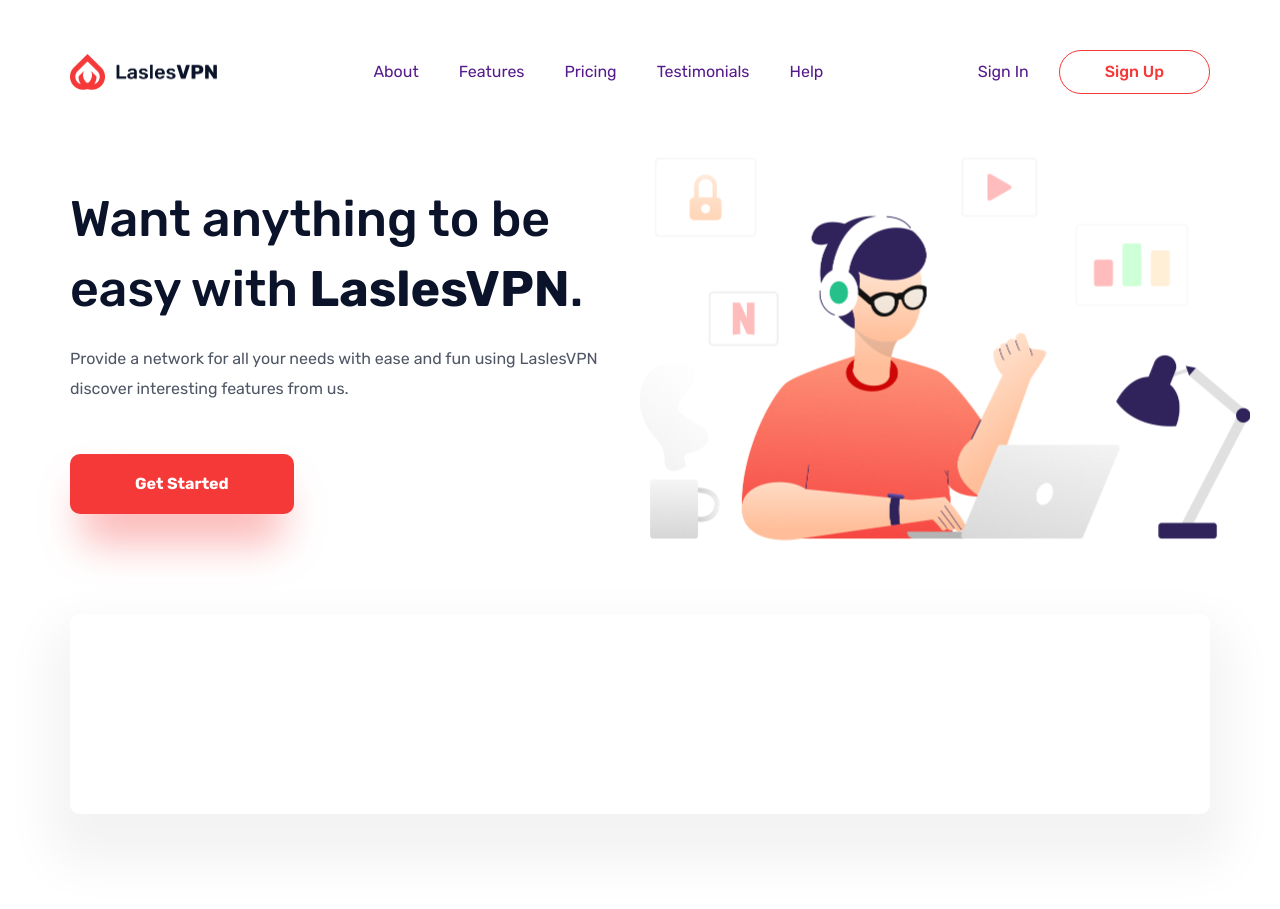
Repository: dangpham205/LaslesVPN-Landing-Page
Page: index.html
An editor plug-in stored every save of this project. The page is shown before and after the next save, followed by the edit.
The browser window is 1280 px wide. The pictures show the whole page.

Above is the page before, as saved 2022-07-19 20:29:21.

### index.html
<!DOCTYPE html>
<html lang="en">
<head>
    <meta charset="UTF-8">
    <meta http-equiv="X-UA-Compatible" content="IE=edge">
    <meta name="viewport" content="width=device-width, initial-scale=1.0">
    <title>Lasles</title>
    <link rel="preconnect" href="https://fonts.googleapis.com" />
    <link rel="preconnect" href="https://fonts.gstatic.com" crossorigin />
    <link
      href="https://fonts.googleapis.com/css2?family=Rubik:wght@400;500;700&display=swap"
      rel="stylesheet"
    />
    <link rel="stylesheet" href="./assets/css/style.css">
</head>
<body>
    <div class="wrapper">

        <!-- Menu -->
        <header class="menu">
            <div class="container">
                <div class="menu__container">
                    <img srcset="./assets/img/logo.png 2x" alt="" class="menu__logo" />
                    <div class="menu__list">
                        <div class="menu__item">
                            <a href="" class="menu__item-link">About</a>
                        </div>
                        <div class="menu__item">
                            <a href="" class="menu__item-link">Features</a>
                        </div>
                        <div class="menu__item">
                            <a href="" class="menu__item-link">Pricing</a>
                        </div>
                        <div class="menu__item">
                            <a href="" class="menu__item-link">Testimonials</a>
                        </div>
                        <div class="menu__item">
                            <a href="" class="menu__item-link">Help</a>
                        </div>
                    </div>
                    <div class="menu__buttons">
                        <a href="" class="menu__button--sign-in">Sign In</a>
                        <a href="" class="button button--outline menu__button--sign-up">Sign Up</a>
                    </div>
                </div>
            </div>
        </header>

        <main>
            <!-- hero -->
            <section class="hero">
                <div class="container">
                    <div class="hero__container">
                        <div class="hero__content">
                            <h1 class="hero__title">Want anything to be easy with <strong>LaslesVPN</strong>.</h1>
                            <p class="hero__desc text">Provide a network for all your needs with ease and fun using LaslesVPN discover interesting features from us.</p>
                            <a href="" class="button button--primary button--rounded button--shadow">Get Started</a>
                        </div>
                        <div class="hero__image">
                            <img srcset="./assets/img/hero.png 2x" alt="">
                        </div>
                    </div>
                </div>
            </section>


            <!-- info -->
            <section class="info">
                <div class="container">
                    <div class="info__container">

                    </div>
                </div>
            </section>
        </main>

    </div>
</body>
</html>

### assets/css/style.css
html {
  box-sizing: border-box;
}

* {
  margin: 0;
  padding: 0;
}

*,
*:before,
*:after {
  box-sizing: border-box;
}

input,
textarea,
select,
button {
  outline: none;
}

input {
  line-height: normal;
}

label,
button {
  cursor: pointer;
}

a {
  text-decoration: none;
}

img {
  display: block;
  max-width: 100%;
}

ul {
  list-style: none;
}

body {
  line-height: 1;
  font-family: "Rubik", sans-serif;
  color: #4f5665;
  font-weight: 400;
  background-color: white;
}

button {
  cursor: pointer;
  outline: none;
  border: none;
  font-family: "Rubik", sans-serif;
}

.wrapper {
  max-width: 100%;
  margin: 0 auto;
}

.container {
  max-width: 1140px;
  margin: 0 auto;
}

.button {
  display: inline-block;
  padding: 13px 45px;
  border-radius: 100rem;
  font-family: "Rubik", sans-serif;
  line-height: 1;
  font-size: 16px;
  cursor: pointer;
  border: none;
  outline: none;
  text-align: center;
  white-space: nowrap;
}
.button--primary {
  font-weight: 700;
  background-color: #f53838;
  color: white;
}
.button--outline {
  background-color: transparent;
  color: #f53838;
  font-weight: 500;
  border: 1px solid;
}
.button--rounded {
  border-radius: 10px;
  padding: 22px 65px;
}
.button--rectangle {
  border-radius: 10px;
  min-width: 250px;
}
.button--shadow {
  position: relative;
}
.button--shadow:after {
  content: "";
  position: absolute;
  top: 0;
  left: 50%;
  width: 90%;
  height: 100%;
  transform: translate(-50%, 50%);
  background-color: rgba(245, 56, 56, 0.35);
  filter: blur(20px);
  border-radius: inherit;
  z-index: -1;
}

.boxed {
  max-width: 555px;
  margin-left: auto;
  margin-right: auto;
  text-align: center;
}

@media screen and (max-width: 767px) {
  .button {
    padding: 13px 26px;
  }
  .container {
    padding: 0 20px;
  }
}
@media screen and (max-width: 1024px) {
  .container {
    padding: 0 40px;
  }
}
h1,
h2,
h3,
h4,
h5,
h6 {
  color: #0b132a;
  font-weight: bold;
}

.heading {
  font-weight: 500;
  font-size: 35px;
  line-height: 1.4285714286;
  margin-bottom: 20px;
}

.heading-small {
  font-weight: 500;
  font-size: 18px;
  margin-bottom: 5px;
  line-height: 1.6666666667;
}

.text {
  line-height: 1.875;
}

.text-medium {
  font-weight: 500;
}

.text-small {
  font-size: 14px;
  line-height: 2.1428571429;
}

@media screen and (max-width: 767px) {
  .heading {
    font-size: 30px;
  }
}
.menu {
  padding-top: 50px;
  padding-bottom: 90px;
}
.menu__container {
  display: flex;
  justify-content: space-between;
  align-items: center;
}
.menu__list {
  display: flex;
}
.menu__item + .menu__item {
  margin-left: 40px;
}
.menu__buttons {
  display: flex;
  align-items: center;
}
.menu__button--sign-in {
  margin-right: 30px;
}

@media screen and (max-width: 1023.98px) {
  .menu__list {
    display: none;
  }
}
.hero {
  padding-bottom: 100px;
}
.hero__container {
  display: flex;
  justify-content: space-between;
  align-items: center;
  gap: 0 40px;
  position: relative;
}
.hero__content {
  max-width: 555px;
  width: 100%;
  margin-right: 40px;
}
.hero__title {
  font-weight: 500;
  font-size: 50px;
  line-height: 1.4;
  color: #0b132a;
}
.hero__desc {
  margin: 20px 0 50px 0;
}
.hero__image {
  position: absolute;
  right: 0;
  top: 50%;
  transform: translate(40px, -50%);
}

.info {
  margin-bottom: 95px;
}
.info__container {
  display: grid;
  grid-template-columns: repeat(3, 1fr);
  border-radius: 10px;
  min-height: 200px;
  box-shadow: 0 30px 50px 20px rgba(13, 16, 37, 0.05);
}
.info__item {
  display: flex;
  justify-content: center;
  align-items: center;
  position: relative;
}
.info__item:nth-child(2)::after {
  content: "";
  position: absolute;
  height: 126px;
  border-left: 2px solid #EEEFF2;
  left: 0;
}
.info__item:nth-child(2)::before {
  content: "";
  position: absolute;
  height: 126px;
  border-left: 2px solid #EEEFF2;
  right: 0;
}
.info__item-text {
  margin-left: 36px;
}
.info__item-title {
  margin-bottom: 5px;
  font-size: 25px;
  font-weight: 700;
  line-height: 1.2;
}
.info__item-desc {
  font-size: 20px;
  font-weight: 400;
  line-height: 1.5;
}

.feature {
  padding-bottom: 130px;
}
.feature__container {
  display: flex;
  justify-content: space-between;
  align-items: flex-end;
  gap: 0 170px;
}
.feature__title {
  max-width: 380px;
}
.feature__desc {
  max-width: 430px;
  margin-bottom: 20px;
}
.feature__list {
  display: flex;
  flex-direction: column;
  gap: 21px;
}
.feature__item {
  display: flex;
}
.feature__item-icon {
  margin-right: 10px;
}
.feature__item-text {
  line-height: 30px;
}

.plan {
  padding: 80px 0 150px 0;
  background-color: #f8f8f8;
}
.plan__header {
  display: flex;
  flex-direction: column;
  align-items: center;
  justify-content: center;
}
.plan__desc {
  max-width: 555px;
  text-align: center;
  margin-bottom: 60px;
}
.plan__list {
  display: grid;
  grid-template-columns: repeat(3, 1fr);
  gap: 0 50px;
}
.plan__item {
  display: flex;
  flex-direction: column;
  justify-content: center;
  align-items: center;
  background-color: white;
  padding: 80px 70px 50px;
  border-radius: 10px;
  border: 2px solid #DDDDDD;
}
.plan__item-image {
  margin-bottom: 30px;
  margin-left: auto;
  margin-right: auto;
}
.plan__item-title {
  margin-bottom: 30px;
}
.plan__item-details {
  margin-bottom: 50px;
  display: flex;
  flex-direction: column;
  gap: 10px 0;
}
.plan__item-detail {
  display: flex;
  gap: 0 25px;
  font-weight: 400;
  font-size: 14px;
  line-height: 30px;
  align-items: center;
}
.plan__item-price {
  margin-top: auto;
  margin-bottom: 20px;
}
.plan__item--active, .plan__item:hover {
  border-color: #f53838;
}
.plan__item--active .plan__item-btn, .plan__item:hover .plan__item-btn {
  background-color: #f53838;
  color: white;
}

.location {
  background-color: #f8f8f8;
  padding-bottom: 50px;
}
.location__container {
  display: flex;
  flex-direction: column;
  align-items: center;
  text-align: center;
}
.location__title {
  max-width: 380px;
}
.location__desc {
  max-width: 555px;
  margin-bottom: 150px;
}
.location__partners {
  display: flex;
  align-items: center;
  justify-content: center;
  gap: 0 30px;
}

.comment {
  background-color: #f8f8f8;
  padding-bottom: 260px;
}
.comment__container {
  display: flex;
  flex-direction: column;
  align-items: center;
  text-align: center;
}
.comment__title {
  max-width: 445px;
}
.comment__desc {
  max-width: 555px;
  margin-bottom: 60px;
}
.comment .customer-list {
  display: grid;
  grid-template-columns: repeat(3, 1fr);
  gap: 0 50px;
}
.comment .customer-item {
  border: 2px solid #ddd;
  border-radius: 10px;
  padding: 30px;
  margin: 0 25px;
}
.comment .customer-item.slick-current.slick-active {
  border-color: #f53838;
}
.comment .customer-top {
  margin-bottom: 20px;
  display: flex;
  justify-content: space-between;
  align-items: center;
  gap: 0 110px;
}
.comment .customer-info {
  display: flex;
  align-items: center;
  gap: 0 20px;
}
.comment .customer-avatar {
  width: 50px;
  height: 50px;
}
.comment .customer-avatar img {
  width: 100%;
  height: 100%;
  object-fit: cover;
  border-radius: 100rem;
}
.comment .customer-name {
  line-height: 1.6666666667;
  margin-bottom: 5;
}
.comment .customer-address {
  line-height: 1;
  text-align: start;
}
.comment .customer-rating {
  display: flex;
  align-items: center;
  gap: 0 10px;
}
.comment .customer .slick-track {
  display: flex;
  padding-bottom: 60px;
}
.comment .customer .slick-arrow {
  width: 60px;
  height: 60px;
  border-radius: 100rem;
  display: flex !important;
  justify-content: center;
  align-items: center;
  position: absolute;
  bottom: 0;
  transform: translateY(50%);
  z-index: 10;
}
.comment .customer .slick-prev {
  border: 1px solid #f53838;
  background-color: transparent;
  right: 80px;
}
.comment .customer .slick-next {
  background-color: #f53838;
  right: 0;
}
.comment .customer .slick-dots {
  list-style-type: none;
  display: flex;
  align-items: center;
  gap: 0 15px;
  transform: translateY(50%);
}
.comment .customer .slick-dots button {
  font-size: 0;
  background-color: #dde0e4;
  width: 15px;
  height: 15px;
  border-radius: 100rem;
  transition: all 0.2s linear;
}
.comment .customer .slick-dots .slick-active button {
  background-color: #f53838;
  width: 45px;
}

.subscribe {
  background-color: #dde0e4;
}
.subscribe__container {
  position: relative;
  transform: translateY(-50%);
  margin-bottom: -140px;
  display: flex;
  justify-content: space-between;
  align-items: center;
  padding: 58.5px 70px;
  border-radius: 10px;
  background-color: white;
}
.subscribe__title {
  max-width: 370px;
  font-size: 35px;
  line-height: 45px;
  font-weight: 500;
  color: #0b132a;
}
.subscribe__desc {
  line-height: 1;
}

footer {
  padding-top: 70px;
  padding-bottom: 100px;
  background-color: #dde0e4;
}

.footer__container {
  display: flex;
  justify-content: space-between;
  gap: 0 230px;
}
.footer__desc {
  width: 340px;
  line-height: 1.875;
  margin: 20px 0 30px 0;
}
.footer__copyright {
  color: #AFB5C0;
  font-weight: 500;
}
.footer__contacts {
  display: flex;
}
.footer__menu {
  display: flex;
  gap: 0 126px;
}
.footer__category {
  display: flex;
  flex-direction: column;
  gap: 10px 0;
}
.footer__category-title {
  font-size: 18px;
  margin-bottom: 10px;
  line-height: 1.6666666667;
}
.footer__category-option {
  width: max-content;
  font-size: 16px;
  line-height: 1.875;
}

/*# sourceMappingURL=style.css.map */

After the next save:
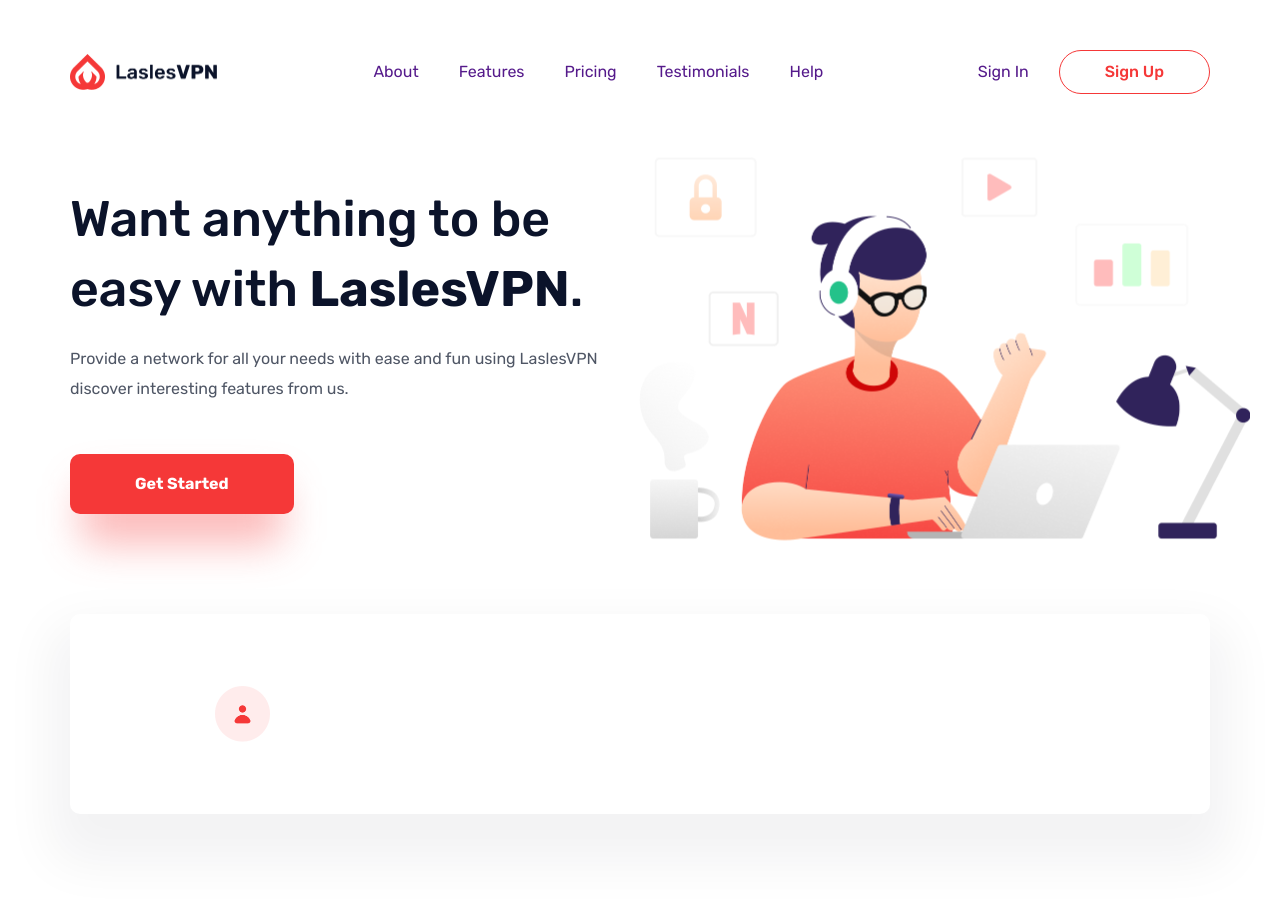
Saved 117 s later.
--- a/index.html
+++ b/index.html
@@ -68,7 +68,14 @@
             <section class="info">
                 <div class="container">
                     <div class="info__container">
+                        <div class="info__item">
+                            <div class="info__item-image">
+                                <img src="" alt="" srcset="./assets/img/user.png 2x">
+                            </div>
+                            <div class="info__item-text">
 
+                            </div>
+                        </div>
                     </div>
                 </div>
             </section>
